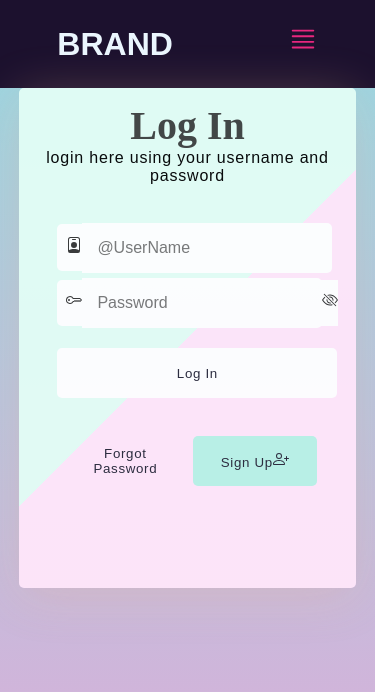
Repository: code-mtaani/ojwang-frontend
Page: /signup
The author's editor kept a copy of each file at every save. The page is drawn from the files as they stood at one save, then again after the next save.
The browser window is 375 px wide. The pictures show the whole page.
The project was rebuilt for these pictures with package versions that can differ from the ones it lists, and the page was loaded fresh each time. Also part of the build but not shown: vite.config.ts, src/Pages/HomePage/Home.pages.tsx, src/Pages/SignIn/SignIn.pages.tsx.

Above is the page before, as saved 2023-02-01 10:53:56.

### src/App.tsx
import { BrowserRouter as Router, Routes, Route } from "react-router-dom";

import Navigation from "./Components/Nav";
import Home from './Pages/HomePage'
import SignIn from "./Pages/SignIn";
import SignUp from "./Pages/SignUp"

function App() {
  return (
    <Router>
      <div className="App">
        <Navigation />
        <Routes>
          <Route path="/" element={<Home />} />
          <Route path="/signin" element={<SignIn/>} />
          <Route path="/signup" element={<SignUp/>} />
        </Routes>
      </div>
    </Router>
  );
}

export default App;

### src/index.css
body {
  margin: 0;
  width: 100vw;
  padding: 0;
  min-width: 320px;
  min-height: 100vh;
  box-sizing: border-box;
}
.app{
  width: 100%;
  height: 100%;
}
@media screen and (min-width: 440px) {
  .app{
    border:2px solid green;
  }
}

### src/Components/Nav/index.js
export {default} from './Navigation.component'

### src/Pages/HomePage/index.ts
export { default } from "./Home.pages";

### src/Pages/SignIn/index.ts
export { default } from './SignIn.pages'

### src/Pages/SignUp/index.ts
export {default} from './SignUp.pages'

### src/Components/Nav/Navigation.component.tsx
import React from "react";
import {Link} from "react-router-dom"
import './nav.css'

const Navigation = () => {
  return (
    <nav className="navbar">
      <div className="left">
        <h1><Link to="/"> BRAND </Link></h1>
      </div>

      <div className="right">
        <input type="checkbox" id="check" />
        <label htmlFor="check" className="checkBtn">
          <svg
            xmlns="http://www.w3.org/2000/svg"
            width="30"
            height="30"
            fill="currentColor"
            className="bi bi-justify"
            viewBox="0 0 16 16"
          >
            <path
              fillRule="evenodd"
              d="M2 12.5a.5.5 0 0 1 .5-.5h11a.5.5 0 0 1 0 1h-11a.5.5 0 0 1-.5-.5zm0-3a.5.5 0 0 1 .5-.5h11a.5.5 0 0 1 0 1h-11a.5.5 0 0 1-.5-.5zm0-3a.5.5 0 0 1 .5-.5h11a.5.5 0 0 1 0 1h-11a.5.5 0 0 1-.5-.5zm0-3a.5.5 0 0 1 .5-.5h11a.5.5 0 0 1 0 1h-11a.5.5 0 0 1-.5-.5z"
            />
          </svg>
        </label>

        <ul className="list">
          <li> <Link to="/">Home</Link></li>
          <li> <Link to="/signin">Sign In</Link></li>
          <li> <Link to="signup">Sign Up</Link></li>
        </ul>
      </div>
    </nav>
  );
};

export default Navigation;

### src/Pages/SignUp/SignUp.pages.tsx
import React from "react";
import "./Signup.css";

const SignUp = () => {
  return (
    <div className="overlay">
      <form>
        {/* con = Container  for items in the form */}
        <div className="con">
          {/* <!--     Start  header Content  --> */}
          <header className="head-form">
            <h2>Log In</h2>
            {/* <!--     A welcome message or an explanation of the login form --> */}
            <p>login here using your username and password</p>
          </header>
          {/* End  header Content */}
          <br />
          <div className="field-set">
            {/*user name */}
            <span className="input-item">
              <svg
                xmlns="http://www.w3.org/2000/svg"
                width="16"
                height="16"
                fill="currentColor"
                className="bi bi-person-badge"
                viewBox="0 0 16 16"
              >
                <path d="M6.5 2a.5.5 0 0 0 0 1h3a.5.5 0 0 0 0-1h-3zM11 8a3 3 0 1 1-6 0 3 3 0 0 1 6 0z" />
                <path d="M4.5 0A2.5 2.5 0 0 0 2 2.5V14a2 2 0 0 0 2 2h8a2 2 0 0 0 2-2V2.5A2.5 2.5 0 0 0 11.5 0h-7zM3 2.5A1.5 1.5 0 0 1 4.5 1h7A1.5 1.5 0 0 1 13 2.5v10.795a4.2 4.2 0 0 0-.776-.492C11.392 12.387 10.063 12 8 12s-3.392.387-4.224.803a4.2 4.2 0 0 0-.776.492V2.5z" />
              </svg>
            </span>
            {/* user name Input */}
            <input
              className="form-input"
              id="txt-input"
              type="text"
              placeholder="@UserName"
              required
            />

            <br />

            {/*Password */}

            <span className="input-item">
              <svg
                xmlns="http://www.w3.org/2000/svg"
                width="16"
                height="16"
                fill="currentColor"
                className="bi bi-key"
                viewBox="0 0 16 16"
              >
                <path d="M0 8a4 4 0 0 1 7.465-2H14a.5.5 0 0 1 .354.146l1.5 1.5a.5.5 0 0 1 0 .708l-1.5 1.5a.5.5 0 0 1-.708 0L13 9.207l-.646.647a.5.5 0 0 1-.708 0L11 9.207l-.646.647a.5.5 0 0 1-.708 0L9 9.207l-.646.647A.5.5 0 0 1 8 10h-.535A4 4 0 0 1 0 8zm4-3a3 3 0 1 0 2.712 4.285A.5.5 0 0 1 7.163 9h.63l.853-.854a.5.5 0 0 1 .708 0l.646.647.646-.647a.5.5 0 0 1 .708 0l.646.647.646-.647a.5.5 0 0 1 .708 0l.646.647.793-.793-1-1h-6.63a.5.5 0 0 1-.451-.285A3 3 0 0 0 4 5z" />
                <path d="M4 8a1 1 0 1 1-2 0 1 1 0 0 1 2 0z" />
              </svg>
              {/*Password Input */}
              <input
                className="form-input"
                type="password"
                placeholder="Password"
                id="pwd"
                name="password"
                required
              />

              {/*  Show/hide password */}
              <span>
                <svg
                  xmlns="http://www.w3.org/2000/svg"
                  width="16"
                  height="16"
                  fill="currentColor"
                  className="bi bi-eye-slash"
                  viewBox="0 0 16 16"
                >
                  <path d="M13.359 11.238C15.06 9.72 16 8 16 8s-3-5.5-8-5.5a7.028 7.028 0 0 0-2.79.588l.77.771A5.944 5.944 0 0 1 8 3.5c2.12 0 3.879 1.168 5.168 2.457A13.134 13.134 0 0 1 14.828 8c-.058.087-.122.183-.195.288-.335.48-.83 1.12-1.465 1.755-.165.165-.337.328-.517.486l.708.709z" />
                  <path d="M11.297 9.176a3.5 3.5 0 0 0-4.474-4.474l.823.823a2.5 2.5 0 0 1 2.829 2.829l.822.822zm-2.943 1.299.822.822a3.5 3.5 0 0 1-4.474-4.474l.823.823a2.5 2.5 0 0 0 2.829 2.829z" />
                  <path d="M3.35 5.47c-.18.16-.353.322-.518.487A13.134 13.134 0 0 0 1.172 8l.195.288c.335.48.83 1.12 1.465 1.755C4.121 11.332 5.881 12.5 8 12.5c.716 0 1.39-.133 2.02-.36l.77.772A7.029 7.029 0 0 1 8 13.5C3 13.5 0 8 0 8s.939-1.721 2.641-3.238l.708.709zm10.296 8.884-12-12 .708-.708 12 12-.708.708z" />
                </svg>
              </span>
            </span>

            <br />
            {/*  buttons */}
            {/*button LogIn */}
            <button className="log-in"> Log In </button>
          </div>

          {/* other buttons */}
          <div className="other">
            {/* Forgot Password button */}
            <button className="btn submits frgt-pass">Forgot Password</button>
            {/* Sign Up button */}
            <button className="btn submits sign-up">
              Sign Up
              {/* Sign Up font icon */}
              <svg
                xmlns="http://www.w3.org/2000/svg"
                width="16"
                height="16"
                fill="currentColor"
                className="bi bi-person-plus"
                viewBox="0 0 16 16"
              >
                <path d="M6 8a3 3 0 1 0 0-6 3 3 0 0 0 0 6zm2-3a2 2 0 1 1-4 0 2 2 0 0 1 4 0zm4 8c0 1-1 1-1 1H1s-1 0-1-1 1-4 6-4 6 3 6 4zm-1-.004c-.001-.246-.154-.986-.832-1.664C9.516 10.68 8.289 10 6 10c-2.29 0-3.516.68-4.168 1.332-.678.678-.83 1.418-.832 1.664h10z" />
                <path
                  fillRule="evenodd"
                  d="M13.5 5a.5.5 0 0 1 .5.5V7h1.5a.5.5 0 0 1 0 1H14v1.5a.5.5 0 0 1-1 0V8h-1.5a.5.5 0 0 1 0-1H13V5.5a.5.5 0 0 1 .5-.5z"
                />
              </svg>
            </button>
            {/* End Other the Division */}
          </div>

          {/* End Conrainer */}
        </div>

        {/* End Form */}
      </form>
    </div>
  );
};

export default SignUp;

### src/Components/Nav/nav.css
.navbar{
    background-color: rgb(22,7,36);
    display: flex;
    justify-content: space-around;
    align-items: center;
    line-height: 5rem;
}

.left h1{
    font-size: 2rem;
    cursor: pointer;
}
.left h1 a{
    text-decoration: none;
    color: aliceblue;
}

.checkBtn{
    display: none;
}
#check{
    display: none;
}
.checkBtn{
    cursor: pointer;
    font-size: 30px;
    float: right;
    color: #ed1e79;
    line-height: 88px;
}

.right ul{
    display: flex;
    list-style: none;
}
.right ul li a {
    padding: 10px 20px;
    font-size: 1.2rem;
    color: white;
    cursor: pointer;
    text-decoration: none;
    transition: all 1s;
}

.right ul li a:hover{
    background-color: #fff;
    border-radius: 7px;
    color: rgb(22, 7, 36);
    margin-left: 4px ;
    margin-right: 4px ;
}

/* ================================== Media Queries=================================================== */

@media screen and (max-width:805px){
    .list{
        width: 100%;
        height: 100vh;
        background-color: rgb(22, 7, 36);
        text-align: center;
        display: flex;
        flex-direction: column;
        position: fixed;
        top: 5rem;
        left: 100%;
        transition: all 1s;
    }

    #check{
        display: none;
    }
    .checkBtn{
        display: block;
    }
    #check:checked~ul{
        left: 0%
    }
}
@media screen and (max-width:450px) {
    .navbar{
        width: 100vw;
    }

}

### src/Pages/SignUp/Signup.css

* {
    padding: 0;
    margin: 0;
    box-sizing: border-box;
}
/* End Global rules */

/* Start body rules */
body {
    background-image: linear-gradient(-225deg, #E3FDF5 0%, #FFE6FA 100%);
background-image: linear-gradient(to top, #a8edea 0%, #fed6e3 100%);
background-attachment: fixed;
  background-repeat: no-repeat;

    font-family: 'Vibur', cursive;
/*   the main font */
    font-family: 'Abel', sans-serif;
opacity: .95;
background-image: linear-gradient(to top, #d9afd9 0%, #97d9e1 100%);
}



/* |||||||||||||||||||||||||||||||||||||||||||||*/
/* //////////////////////////////////////////// */




/* End body rules */

/* Start form  attributes */
form {
    width: 450px;
    min-height: 500px;
    height: auto;
    border-radius: 5px;
    margin: 2% auto;
    box-shadow: 0 9px 50px hsla(20, 67%, 75%, 0.31);
    padding: 2%;
    background-image: linear-gradient(-225deg, #E3FDF5 50%, #FFE6FA 50%);
}
@media screen and (max-width:450px) {
    form{
        width: 90vw;
        margin: auto;

    }

}
/* form Container */
form .con {
    display: -webkit-flex;
    display: flex;

    -webkit-justify-content: space-around;
    justify-content: space-around;

    -webkit-flex-wrap: wrap;
    flex-wrap: wrap;
      margin: 0 auto;
}

/* the header form form */
header {
    margin: 2% auto 10% auto;
    text-align: center;
}
/* Login title form form */
header h2 {
    font-size: 250%;
    font-family: 'Playfair Display', serif;
    color: #3e403f;
}
/*  A welcome message or an explanation of the login form */
header p {letter-spacing: 0.05em;}



/* //////////////////////////////////////////// */
/* //////////////////////////////////////////// */


.input-item {
    background: #fff;
    color: #333;
    padding: 14.5px 0px 15px 9px;
    border-radius: 5px 0px 0px 5px;
}



/* Show/hide password Font Icon */
#eye {
    background: #fff;
    color: #333;

    margin: 5.9px 0 0 0;
    margin-left: -20px;
    padding: 15px 9px 19px 0px;
    border-radius: 0px 5px 5px 0px;

    float: right;
    position: relative;
    right: 1%;
    top: -.2%;
    z-index: 5;

    cursor: pointer;
}
/* inputs form  */
input[class="form-input"]{
    width: 240px;
    height: 50px;

    margin-top: 2%;
    padding: 15px;

    font-size: 16px;
    font-family: 'Abel', sans-serif;
    color: #5E6472;

    outline: none;
    border: none;

    border-radius: 0px 5px 5px 0px;
    transition: 0.2s linear;

}
input[id="txt-input"] {width: 250px;}
/* focus  */
input:focus {
    transform: translateX(-2px);
    border-radius: 5px;
}

/* //////////////////////////////////////////// */
/* //////////////////////////////////////////// */

/* input[type="text"] {min-width: 250px;} */
/* buttons  */
button {
    display: inline-block;
    color: #252537;

    width: 280px;
    height: 50px;

    padding: 0 20px;
    background: #fff;
    border-radius: 5px;

    outline: none;
    border: none;

    cursor: pointer;
    text-align: center;
    transition: all 0.2s linear;

    margin: 7% auto;
    letter-spacing: 0.05em;
}
/* Submits */
.submits {
    width: 48%;
    display: inline-block;
    float: left;
    margin-left: 2%;
}

/*       Forgot Password button FAF3DD  */
.frgt-pass {background: transparent;}

/*     Sign Up button  */
.sign-up {background: #B8F2E6;}


/* buttons hover */
button:hover {
    transform: translatey(3px);
    box-shadow: none;
}

/* buttons hover Animation */
button:hover {
    animation: ani9 0.4s ease-in-out infinite alternate;
}
@keyframes ani9 {
    0% {
        transform: translateY(3px);
    }
    100% {
        transform: translateY(5px);
    }
}

Loaded but not shown: index.html (common file); src/main.tsx (common file)

After the next save:
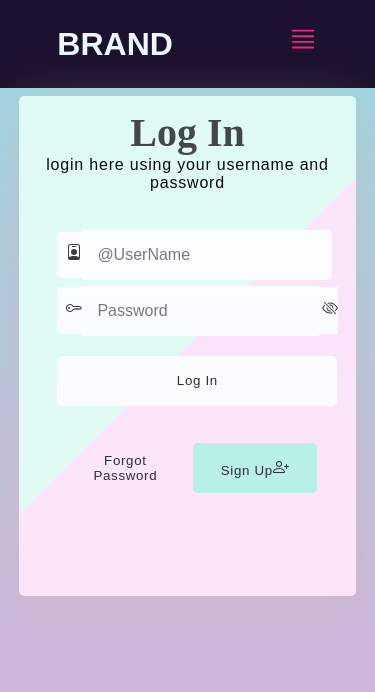
Saved 15 s later.
--- a/src/Pages/SignUp/Signup.css
+++ b/src/Pages/SignUp/Signup.css
@@ -44,7 +44,7 @@ form {
 @media screen and (max-width:450px) {
     form{
         width: 90vw;
-        margin: auto;
+        margin:4 auto;
 
     }
 
